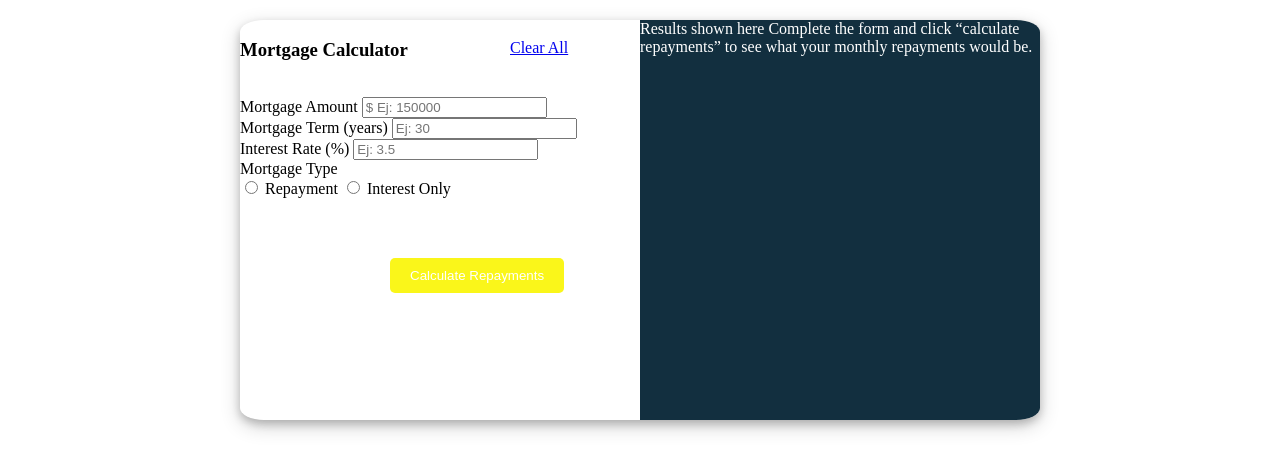
Repository: GravielPV/Mortgage-repayment-calculator
Page: index.html
These files come from the project's save history. The page is drawn as it stood at one moment and after a run of saves; the edit follows.
The browser window is 1280 px wide. The pictures show the whole page.

Above is the page before, as saved 2025-12-11 17:10:58.

After the next 2 saves:
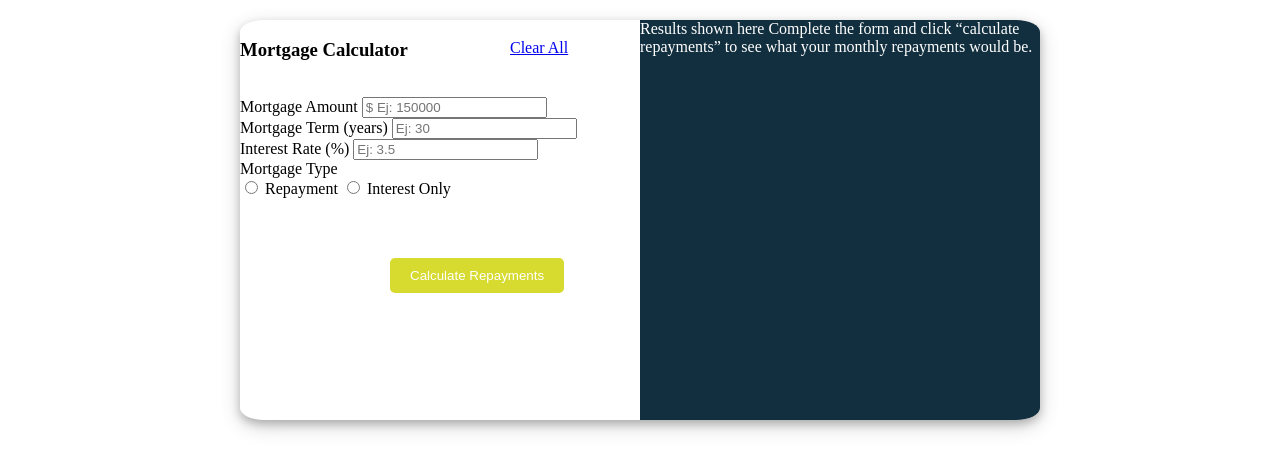
The 2 saves are shown as one change because they came seconds apart.
The last was saved 12 s later.
--- a/styles.css
+++ b/styles.css
@@ -43,7 +43,7 @@ a{
         top: 60px;
         left: 150px;
         padding: 10px 20px;
-        background-color: rgb(250, 246, 26);
+        background-color: hsl(61, 70%, 52%);
         border: none;
         color: white;
         border-radius: 5px;
